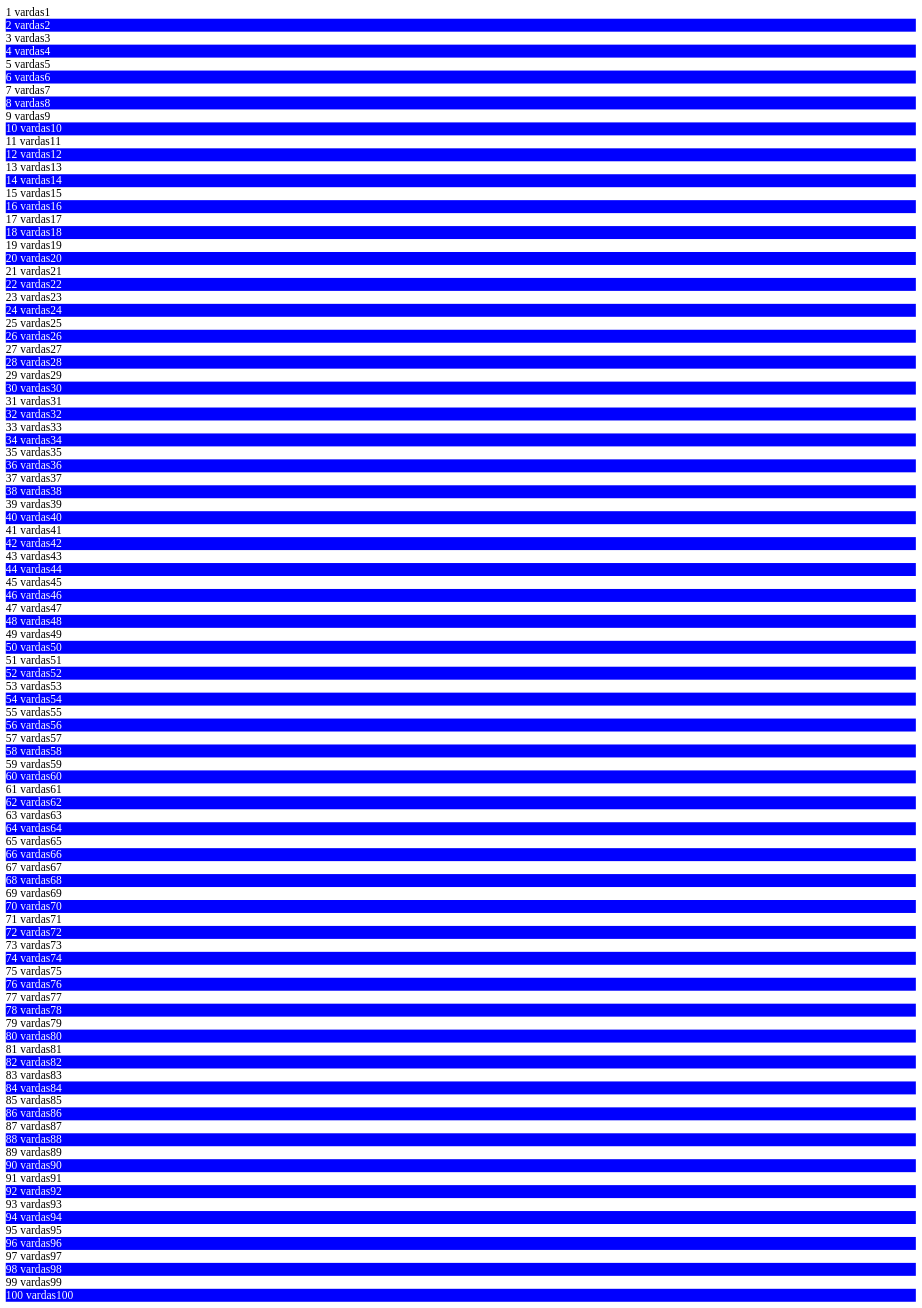
Repository: motiejus1/27-paskaita-05.31
Page: index.html
An editor plug-in stored every save of this project. The page is shown before and after a run of saves, followed by the edit.
The browser window is 1280 px wide. The pictures show the whole page, at 72% of full size.

Above is the page before, as saved 2021-07-15 19:47:16.

### index.html
<!DOCTYPE html>
<html lang="en">
<head>
    <meta charset="UTF-8">
    <meta http-equiv="X-UA-Compatible" content="IE=edge">
    <meta name="viewport" content="width=device-width, initial-scale=1.0">
    <title>27 paskaita</title>
    <style>
        .melynas {
            background-color: blue;
            color:white;
        }
    </style>
</head>
<body>
    <div class="container">
    </div>
    <script>
        "use strict";
        // Susikurti objektų masyvą:
        // * Masyve 100 objekto elementų.
        // * Objekto vidiniai kintamieji: id, vardas.
        // * Vardas reikšmė = vardas1,vardas2 ir t.t.
        // * Id reikšmė = 1, 2 ir t.t.

        //Pagal sukurtą objektų masyvą, sukurti tiek pat div elementų,
        // kuriuose išvedamas id ir vardas.
        //Kas antras div - mėlynas.



        //kaip tiek objektu sukurti? +
        //kaip juos patalpinti i masyva?


        //Ciklas
        // javascript for loop


        var testObjektas = {
            id: 58,
            vardas: "vardas58"
        }

        // testObjektas.id;
        // testObjektas.vardas;

        var container = document.querySelector(".container");
        var masyvas = []; //sukuriamas tuscias masyvas viena karta


        //Objektu masyvo kurimas
        for (var i=0; i < 100; i++) {
            // Vardas reikšmė = vardas1,vardas2 ir t.t.
            // var masyvas = [];
            var masyvoObjektas = {
                id: i+1,
                vardas: "vardas" + (i+1)
            }; //Sukuria objekta
            masyvas.push(masyvoObjektas); // patalpina objekta i masyva
            // console.log(masyvoObjektas);
        }

        //Elementu isvedimui/atvaizdavimui
        // 55 iki 65 elementu
        // Atvaizduos tik lyginius elementus pagal id reiksme

        // 100
        for(var i=0; i<masyvas.length; i++) {
            // masyvas[i] - vienas objektas
            //masyvoObjektas.id
            var div = document.createElement("div"); // void
            //div kintamajame butu id ir vardas
            //kas antras elementas butu melynas

            // var isvedimoElementas = document.querySelector(".kazkas");
            // kintamasis = "<p>Tekstas</p>"
            //isvedimoElementas.innerHTML = kintamasis; - isvedamas rezultatas interpretuojamas kaip HTML.
            // Tekstas
            //isvedimoElementas.innerText = kintamasis;- isvedamas rezultatas interpretuojamas kaip tekstas
            //<p>Tekstas</p>

            div.innerHTML = masyvas[i].id + " " + masyvas[i].vardas;

            if(masyvas[i].id % 2 == 0) {
                console.log(masyvas[i]);
                div.classList.add("melynas");
            }

            container.append(div);
        }


        // console.log(masyvas);

        // console.log(masyvas[54]);
        // console.log(masyvas[0]);
        // console.log(masyvas[99]);

    </script>
</body>
</html>

After the next 3 saves:
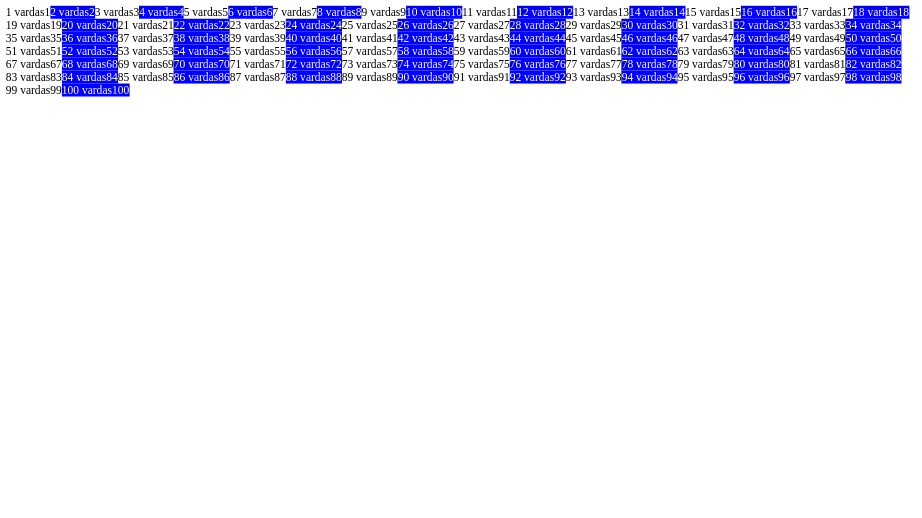
The 3 saves are shown as one change because they came seconds apart.
The last was saved 3 min 1 s later.
--- a/index.html
+++ b/index.html
@@ -6,6 +6,12 @@
     <meta name="viewport" content="width=device-width, initial-scale=1.0">
     <title>27 paskaita</title>
     <style>
+
+        .container {
+            display:flex;
+            flex-wrap: wrap;
+        }
+
         .melynas {
             background-color: blue;
             color:white;
